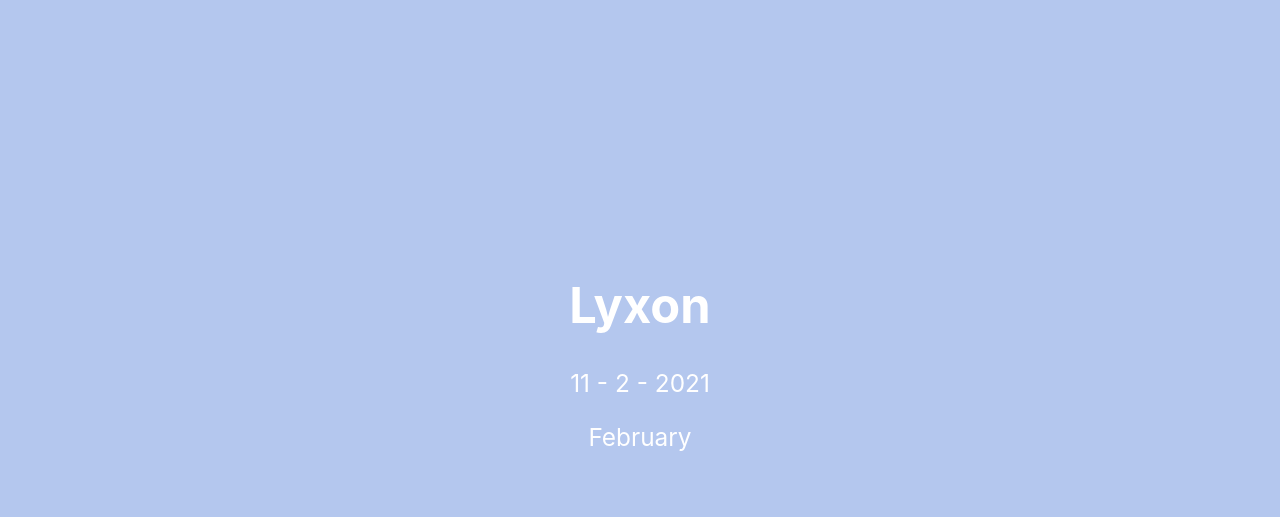
Repository: AdrianaLarsson/learning-react
Page: /
The author's editor kept a copy of each file at every save. The page is drawn from the files as they stood at one save, then again after a run of saves.
The browser window is 1280 px wide. The pictures show the whole page.
The project was rebuilt for these pictures with package versions that can differ from the ones it lists, and the page was loaded fresh each time.

Above is the page before, as saved 2021-02-11 13:39:15.

After the next 2 saves:
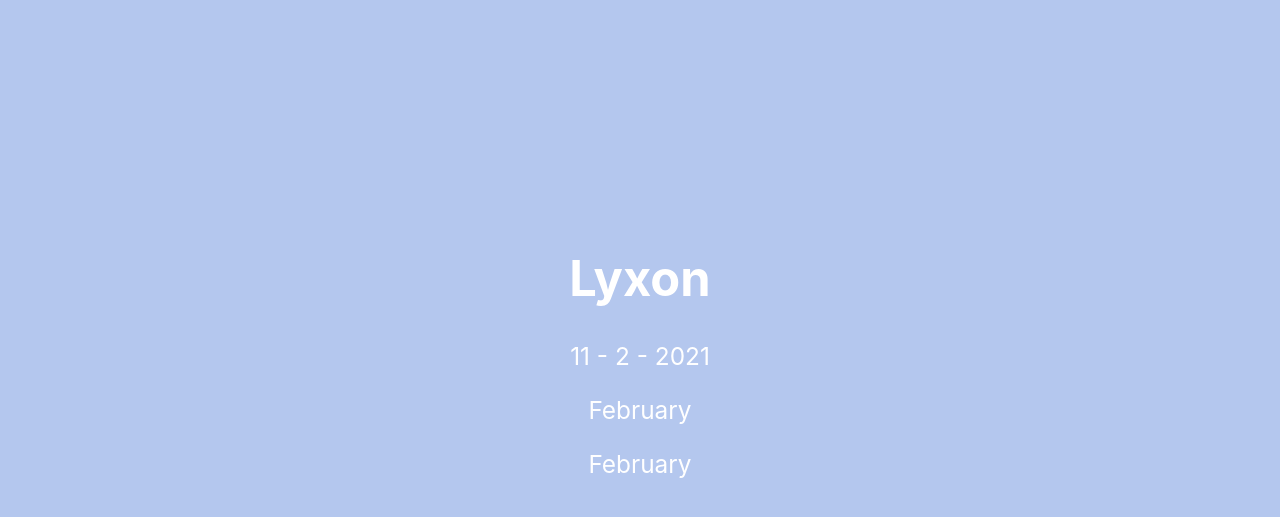
The 2 saves are shown as one change because they came seconds apart.
The last was saved 6 s later.
--- a/src/components/lyxon/lyxonDate.tsx
+++ b/src/components/lyxon/lyxonDate.tsx
@@ -14,6 +14,7 @@ const test = DateTime.local().monthLong
             </h1>
             <p>{dayNumbersNow} - {dayMonthNow} - {dayYearNow}</p>
             <p>{nameMonth}</p>
+            <p>{nameMonth}</p>
         </div>
     )
 }
